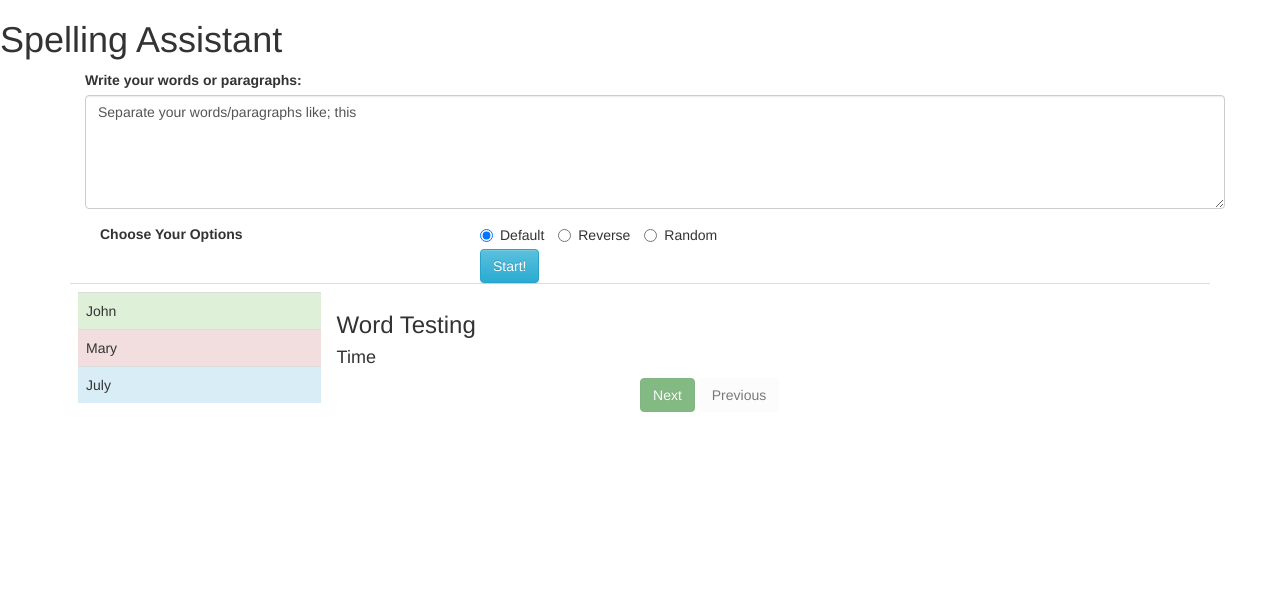
Repository: derruba2000/spelling.assistant
Page: index.html
The author's editor kept a record of every edit. The page is drawn from the files as they stood at one moment, then again after the next edit.
The browser window is 1280 px wide. The pictures show the whole page.
Some web libraries are served in a nearby version.

Above is the page before.
Console error: SyntaxError: Unexpected token '<'

After the next edit:
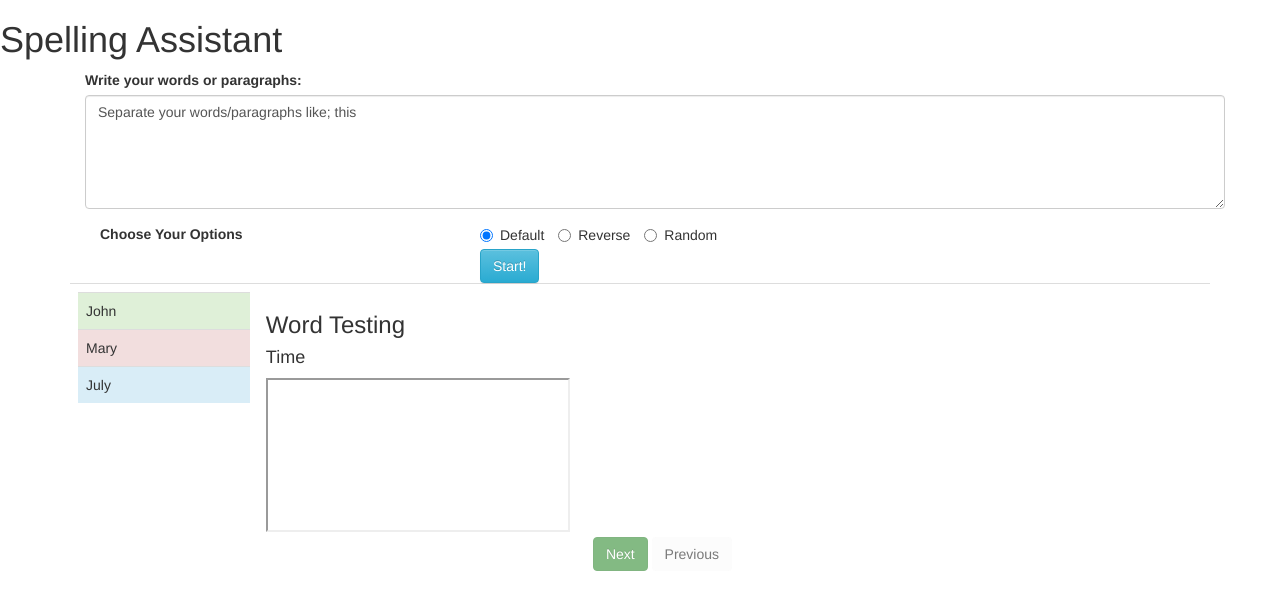
The edit:
--- a/index.html
+++ b/index.html
@@ -16,7 +16,7 @@
 <body>
     <h1>Spelling Assistant</h1>
 
-      <div class="container">
+    <div class="container">
 
         <div class="container">
             <form role="form">
@@ -85,7 +85,10 @@
                             <h4>Time</h4>
                         </div>
 
-
+<div>
+                        <iframe src="http://translate.google.com/translate_tts?ie=UTF-8&q=Spelling%20Assistant&tl=en-gb">
+                            <p>Your browser does not support iframes.</p>
+                        </iframe>
 
 
                         <div class="form-group">
